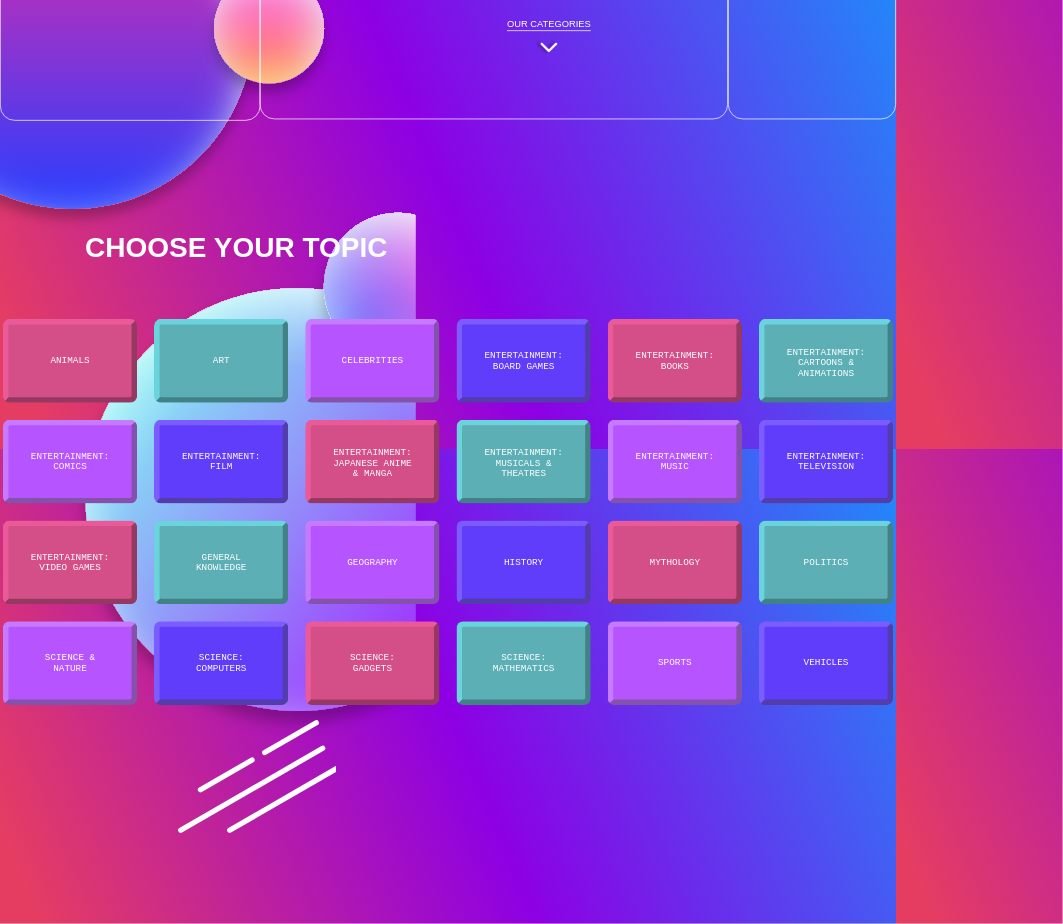
Repository: pjiang604/COMP-2170_Final-Project
Page: index.html
These files come from the project's save history. The page is drawn as it stood at one moment and after the next save; the edit follows.
The browser window is 1280 px wide. The page is 1518 px wide, so the pictures cover 1518 px, including what lies to the right of the window. The pictures show the part of the page from y = 798 to 2438 px (the page is 2118 px tall before and 2438 px after), at 70% of full size.
Backgrounds fixed to the window are drawn as part of the page.

Above is the page before, as saved 2023-04-30 13:37:39.

### index.html
<!DOCTYPE html>
<html lang="en">
  <head>
    <meta charset="UTF-8">
    <meta http-equiv="X-UA-Compatible" content="IE=edge">
    <meta name="viewport" content="width=device-width, initial-scale=1.0">
    <link rel="stylesheet" href="style.css">
    <title> Brain Picker </title>
    <script src="/easy.js"></script>
    <script src="/medium.js"></script>
    <script src="/hard.js"></script>
  </head>
  <body>
    <div class="container">
      <div class="graphic__left">
        <img class="bottom__left_sphere" src="/Assets/bg_graphics/bottom_left_sphere_group.svg" alt="">
        <img class="left__shooting_star" src="/Assets/bg_graphics/shooting_star_left.svg" alt="">
      </div>
      <div class="left__containers">
        <div class="left__container_top"></div>
        <div class="left__container_bottom"></div>
      </div>
      <div class="quiz__container">
        <div class="left__content">
          <h1> BRAIN PICKER </h1>
          <p> Explore your knowledge with our engaging and thought-provoking trivia questions covering various fascinating topics! </p>
        </div>
        <div class="right__content">
          <div class="graphics">
            <img class="shooting__star_top" src="/Assets/bg_graphics/shooting_star_alt.svg" alt="">
            <img class="top__right_sphere" src="/Assets/bg_graphics/top_right_sphere_group.svg" alt="">
            <img class="star__right" src="/Assets/bg_graphics/shooting_star_right.svg" alt="">
          </div>
          <div class="quiz__button">
            <a href="#">
              <button class="take__quiz_button"> TAKE OUR QUIZ </button>
              <img class="quiz__arrow" src="/Assets/buttons/arrow-head.svg" alt="">
            </a>
          </div>
        </div>
      </div>
    </div>
    <div class="bottom__containers">
      <div class="bottom__container_left">
        <a href="#">
          <button class="categories__button"> OUR CATEGORIES </button>
        </a>
        <img class="categories__arrow" src="/Assets/buttons/arrow-head.svg" alt="" width="30px">
      </div>
      <div class="bottom__container_right"></div>
    </div>

    <div class="categories__section">
      <h1 class="topics_header">CHOOSE YOUR TOPIC</h1>

      <div class="categories_container">
        <button class='topic_button1' id="animals">animals</button>
        <button class='topic_button2' id="art">art</button>
        <button class='topic_button3' id="celebrities">celebrities</button>
        <button class='topic_button4' id="board_games">entertainment: board games</button>
        <button class='topic_button1' id="books">entertainment: books</button>
        <button class='topic_button2' id="cartoons_animations">entertainment: cartoons & animations</button>
        <button class='topic_button3' id="comics">entertainment: comics</button>
        <button class='topic_button4' id="film">entertainment: film</button>
        <button class='topic_button1' id="japanese_anime">entertainment: japanese anime & manga</button>
        <button class='topic_button2' id="musicals_theatre">entertainment: musicals & theatres</button>
        <button class='topic_button3' id="music">entertainment: music</button>
        <button class='topic_button4' id="television">entertainment: television</button>
        <button class='topic_button1' id="video_games">entertainment: video games</button>
        <button class='topic_button2' id="general_knwoledge">general knowledge</button>
        <button class='topic_button3' id="geography">geography</button>
        <button class='topic_button4' id="history">history</button>
        <button class='topic_button1' id="mythology">mythology</button>
        <button class='topic_button2' id="politics">politics</button>
        <button class='topic_button3' id="science_nature">science & nature</button>
        <button class='topic_button4' id="computers">science: computers</button>
        <button class='topic_button1' id="gadgets">science: gadgets </button>
        <button class='topic_button2' id="mathematics">science: mathematics</button>
        <button class='topic_button3' id="sports">sports</button>
        <button class='topic_button4' id="vehicles">vehicles</button>
      </div>
      <div class="graphics_bottom">
        <img class="shooting__star_top" src="/Assets/bg_graphics/shooting_star_alt.svg" alt="">
        <img class="bottom_right_sphere" src="/Assets/bg_graphics/bottom_right_sphere_group.svg" alt="">
        <img class="star__right" src="/Assets/bg_graphics/shooting_star_right.svg" alt="">
      </div>
    </div>

  </body>
</html>

### style.css
:root {
	--primary-font: Arial, Helvetica, sans-serif;
	--secondary-font: 'Courier New', Courier, monospace;
	--font-weight-general: normal;
	--font-weight-light: 100;
	--font-weight-bold: bold;
	--font-size-body: 12pt;
	--font-size-heading: 30pt;
	--font-size-sub-heading: 22pt;

	--white: #fff;
	--black: #000000;
	--crimson: #d44f88;
	--crimson-2:#ea5a99;
	--teal:#5CAFB5;
	--teal-2:#6ad3db;
	--indigo:#603CFB;
	--indigo-2:#7a5cff;
	--purple: #B654FF;
	--purple-2:#c57aff;
}

h1 {
	font-size: var(--font-size-heading);
	font-weight: var(--font-weight-bold);
	font-family: var(--primary-font);
}

h2 {
	font-size: var(--font-size-sub-heading);
	font-weight: var(--font-weight-bold);
	font-family: var(--primary-font);
}

p {
	font-size: var(--font-size-body);
	font-weight: var(--font-weight-general);
	font-family: var(--primary-font);
}

* {
	margin: 0;
}

body {
	/* Linear gradient bg */
	background: linear-gradient(247.38deg, #2189FA 0.96%, #8D00E4 50.19%, #E53D62 95.42%);
	min-height: 2000px;
	background-attachment: fixed;
	background-position: center;
	background-repeat: no-repeat;
	background-size: cover;
	max-width: 100%;
}

/**Main container**/
.container {
	display: flex;
}

.bottom__left_sphere {
	position: absolute;
	width: 30rem;
	top: 35rem;
	z-index: -1;
}

.left__shooting_star {
	width: 17rem;
	position: absolute;
	top: 21rem;
}

/**Left containers**/
.left__container_top {
	box-sizing: border-box;
	display: flex;
	width: 372px;
	height: 334px;
	border: 0.25px solid #FFFFFF;
	border-radius: 21px;
}

.left__container_bottom {
	box-sizing: border-box;
	display: flex;
	width: 372px;
	height: 637px;
	border: 0.25px solid #FFFFFF;
	border-radius: 21px;
}

/**Bottom containers**/
.bottom__containers {
	display: flex;
	margin-top: -16.2rem;
	/* justify-content: end; */
	padding-left: 23.2rem;
}

.bottom__container_left {
	box-sizing: border-box;
	display: flex;
	width: 52.8rem;
	height: 257px;
	border: 0.25px solid #FFFFFF;
	border-radius: 21px;
}

.bottom__container_right {
	box-sizing: border-box;
	display: flex;
	width: 303px;
	height: 257px;
	border: 0.25px solid #FFFFFF;
	border-radius: 21px;
}

/**Quiz Section**/
.quiz__container {
	box-sizing: border-box;
	display: flex;
	width: 71.6rem;
	height: 44.5rem;
	border: 0.15px solid #FFFFFF;
	border-radius: 21px;
}

.shooting__star_top {
	position: absolute;
	right: 32rem;
	top: 2rem;
}

.top__right_sphere {
	display: flex;
	justify-content: end;
}

.star__right {
	display: flex;
	position: relative;
	float: right;
	bottom: 8rem;
}

.left__content {
	color: var(--white);
	width: 40rem;
	padding-left: 2.5rem;
	padding-top: 28rem;
}

.take__quiz_button {
	border: none;
	text-decoration: underline;
	text-underline-offset: 5px;
	color: var(--white);
	background: none;
	padding-left: 11rem;
	cursor: pointer;
}

.quiz__button>a {
	text-decoration: none;
}


.categories__button {
	border: none;
	text-decoration: underline;
	text-underline-offset: 5px;
	color: var(--white);
	background: none;
	padding-left: 22rem;
	padding-top: 7rem;
	cursor: pointer;
}

.categories__arrow {
	rotate: 90deg;
	margin-top: 2.5rem;
	position: absolute;
	left: 48rem;
	top: 50.5rem;
}

.bottom__container_left>a {
	text-decoration: none;
}


/** Topics Section **/
.categories__section{
	display: flex;
	flex-direction: column;
	align-items: left;
	justify-content: center;
	margin-top: 10rem;
}
.topics_header{
	color: var(--white);
	margin-left: 7.6rem;
}

.categories_container{
	font-family: var(--secondary-font);
	display: grid;
	grid-template-columns: 12rem 12rem 12rem 12rem 12rem 12rem;
	gap: 1.5rem;
	align-items: center;
	justify-content: center;
	padding-top: 5rem;
}

.topic_button1{
	font-family: var(--secondary-font);
	border-width: .5rem;
	height: 7.5rem;
    color: var(--white);
    border-radius: 0.656rem;
    background-color: var(--crimson);
    border-color: var(--crimson-2);
	padding: 2rem;
	text-transform: uppercase;

}

.topic_button2{
	font-family: var(--secondary-font);
	background-color: var(--teal);
	height: 7.5rem;
	color: var(--white);
	border-radius: 0.656rem;
	border-color: var(--teal-2);
	border-width: .5rem;
	text-transform: uppercase;
	padding: 2rem;
}
.topic_button3{
	font-family: var(--secondary-font);
	background-color:var(--purple);
	height: 7.5rem;
	color: var(--white);
	border-radius: 0.656rem;
	border-color:var(--purple-2);
	border-width: .5rem;
	text-transform: uppercase;
	padding: 2rem;
}
.topic_button4{
	font-family: var(--secondary-font);
	background-color:var(--indigo);
	height: 7.5rem;
	color: var(--white);
	border-radius: 0.656rem;
	border-color: var(--indigo-2);
	border-width: .5rem;
	text-transform: uppercase;
	padding: 2rem;
}

.graphics_bottom{
	position: absolute;
	width: 30rem;
	top: 60rem;
	z-index: -1;
}

Loaded but not shown: easy.js (no stored copy; drawn as an empty file); medium.js (no stored copy; drawn as an empty file); hard.js (no stored copy; drawn as an empty file)

After the next save:
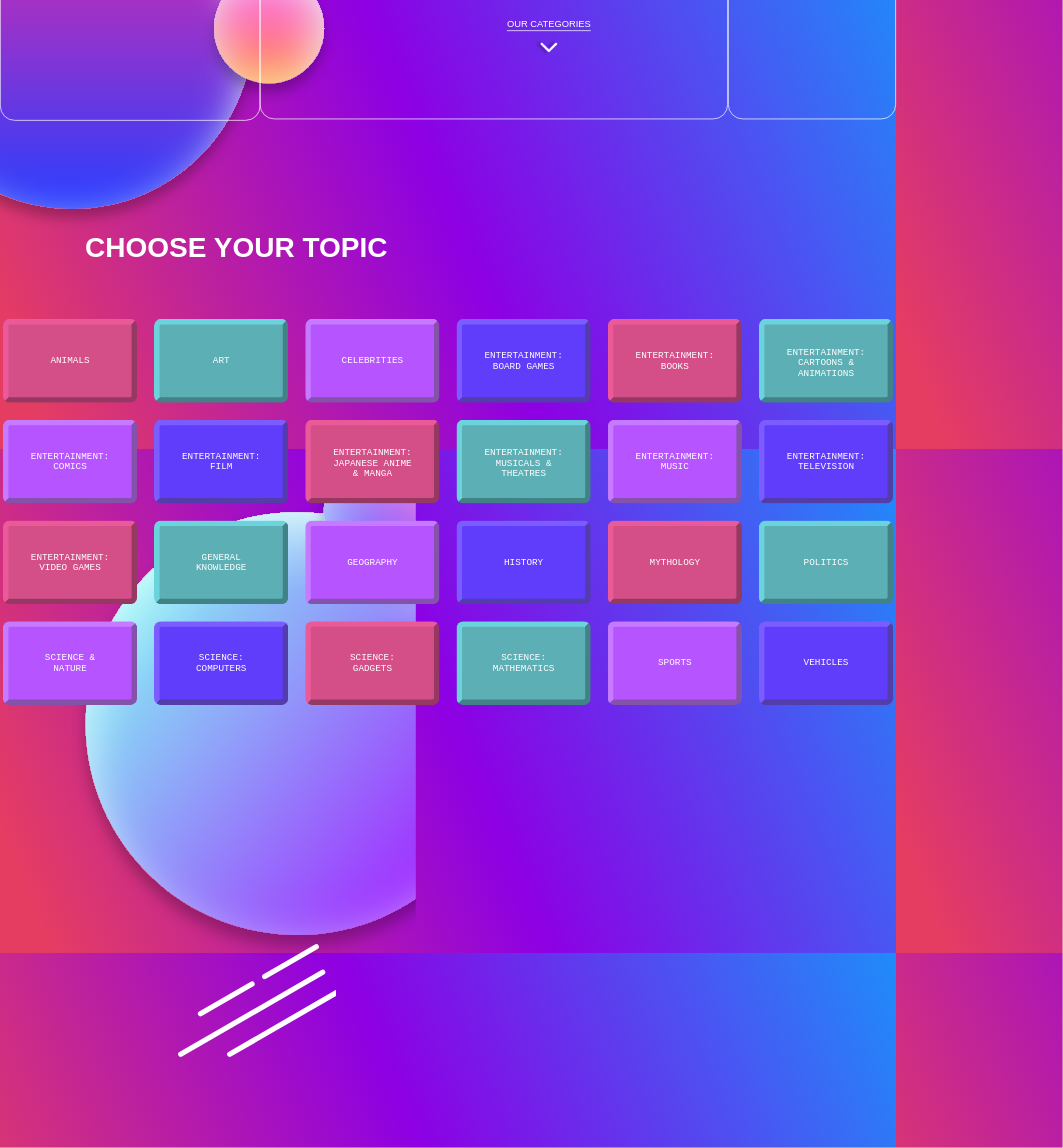
Saved 5 s later.
--- a/style.css
+++ b/style.css
@@ -263,6 +263,6 @@ body {
 .graphics_bottom{
 	position: absolute;
 	width: 30rem;
-	top: 60rem;
+	top: 80rem;
 	z-index: -1;
 }
